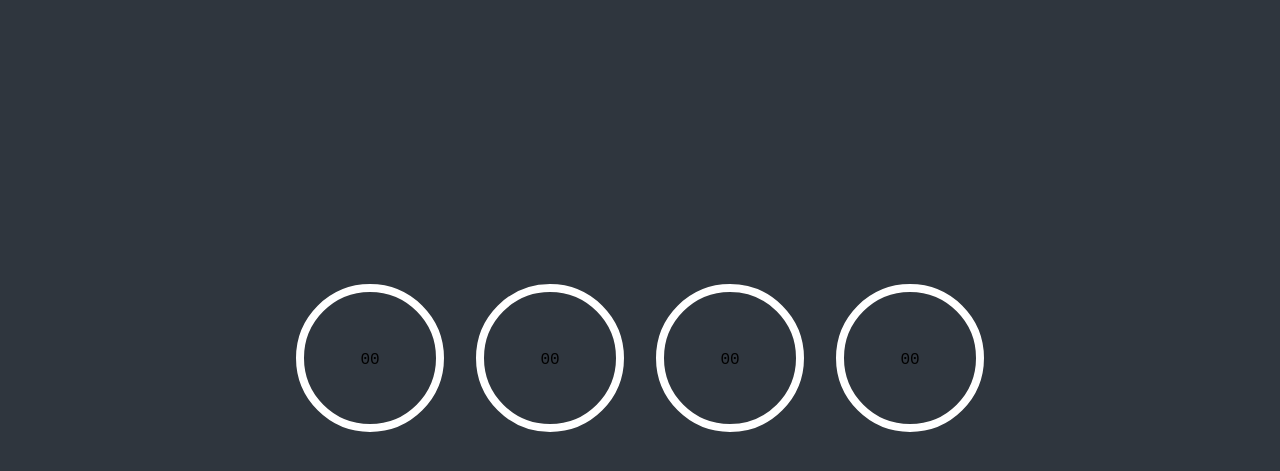
Repository: northpx/happyNY
Page: index.html
The author's editor kept a copy of each file at every save. The page is drawn from the files as they stood at one save, then again after the next save.
The browser window is 1280 px wide. The pictures show the whole page.

Above is the page before, as saved 2022-12-31 10:59:12.

After the next save:
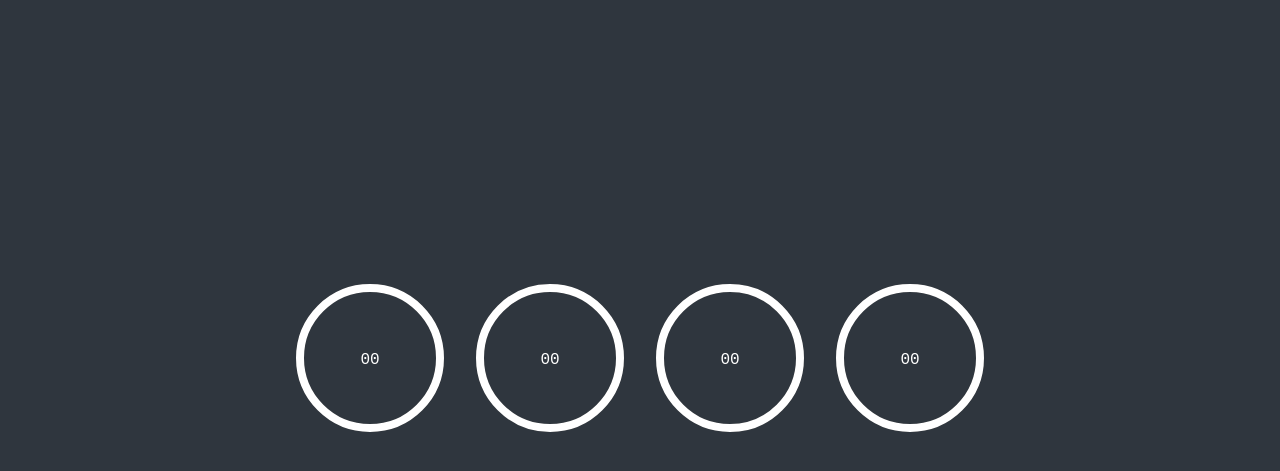
Saved 6 s later.
--- a/style.css
+++ b/style.css
@@ -56,5 +56,5 @@ body{
     position: absolute;
     text-align: center;
     font-weight: 500;
-    co;
+    color: #fff;
 }
